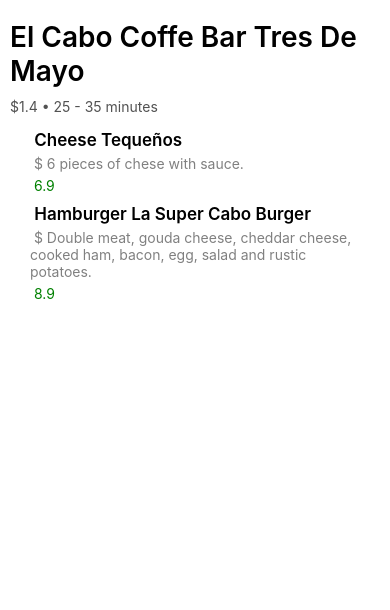
Repository: leroy-netizen/rn-uber-eats-client
Screen: /
An editor plug-in stored every save of this project. The screen is shown before and after the next save, followed by the edit.
The pictures show rows 234 to 844 of an output 844 px tall.
The app was drawn by React Native's web renderer in a window 390 px wide. The project was rebuilt for these pictures with package versions that can differ from the ones it lists, and the page was loaded fresh each time. Also part of the build but not shown: src/components/restaurantItem/RestaurantItem.jsx, src/screens/HomeScreen/index.js.

Above is the screen before, as saved 2023-01-16 16:44:58.

After the next save:
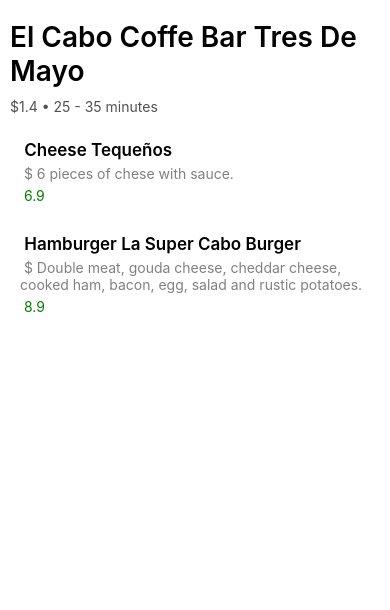
Saved 7 s later.
--- a/src/components/DishListItem/index.js
+++ b/src/components/DishListItem/index.js
@@ -15,7 +15,7 @@ const styles = StyleSheet.create({
         margin: 5,
         borderBottomColor: "lightgray",
         marginHorizontal: 20,
-        paddingHorizontal: 10
+        paddingVertical: 10
     },
   name: {
     fontSize: 17,
